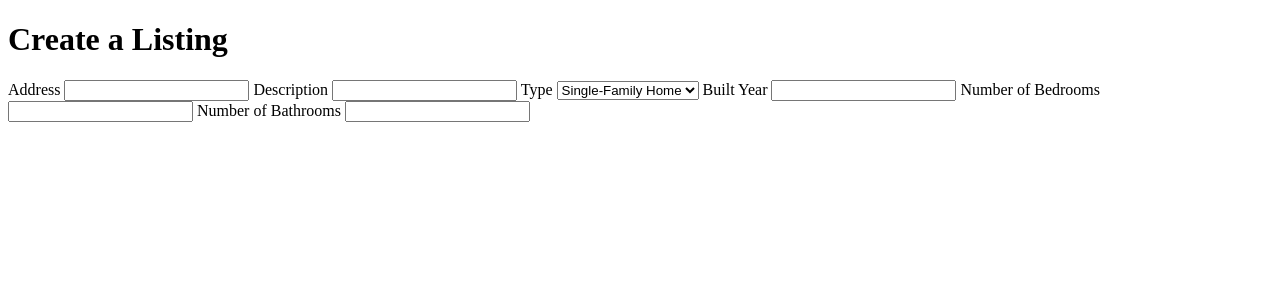
Repository: rickytorrez/test
Page: http://localhost/dcHome/WEB-INF/realtor.jsp
These files come from the project's save history. The page is drawn as it stood at one moment and after the next save; the edit follows.
The browser window is 1280 px wide. The pictures show the whole page.
The page is served by Tomcat 9. Nobody is signed in. The template is opened directly, without the code that normally fills it, so the values that code supplies are empty.

Above is the page before, as saved 2018-05-31 14:44:02.

After the next save:
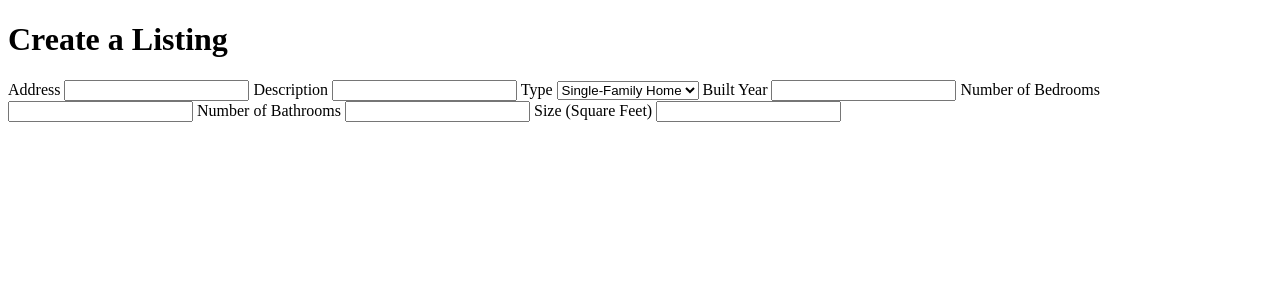
Saved 62 s later.
--- a/dcHome/src/main/webapp/WEB-INF/realtor.jsp
+++ b/dcHome/src/main/webapp/WEB-INF/realtor.jsp
@@ -37,6 +37,9 @@
 			<form:label path="numberofbathrooms">Number of Bathrooms
 				<form:input type="number" path="numberofbathrooms"></form:input>
 			</form:label>
+			<form:label path="size">Size (Square Feet)
+				<form:input type="number" path="size"></form:input>
+			</form:label>
 		</form:form>
 	</body>
 </html>
